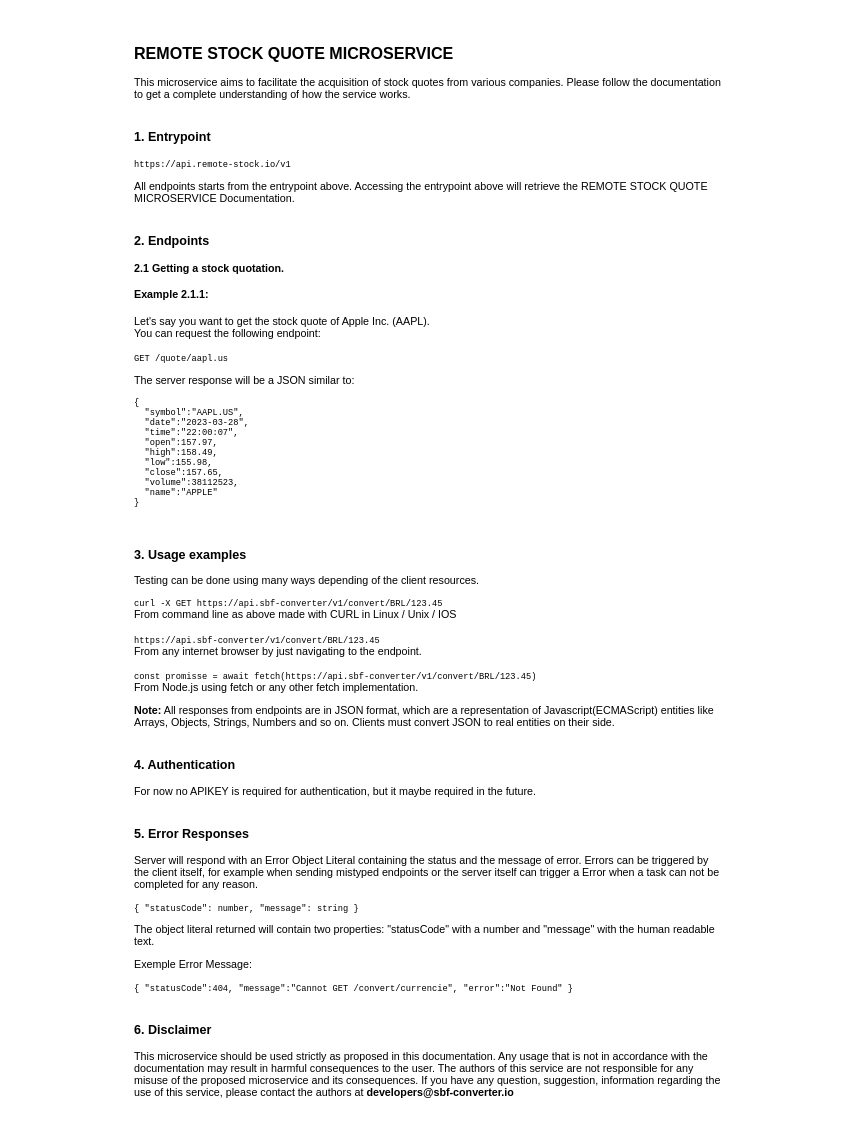
Repository: miguelamello/nest-js
Page: api-service/documentation.html
The author's editor kept a copy of each file at every save. The page is drawn from the files as they stood at one save, then again after a run of saves.
The browser window is 1280 px wide. The pictures show the whole page, at 67% of full size.

Above is the page before, as saved 2023-03-28 18:18:13.

After the next 2 saves:
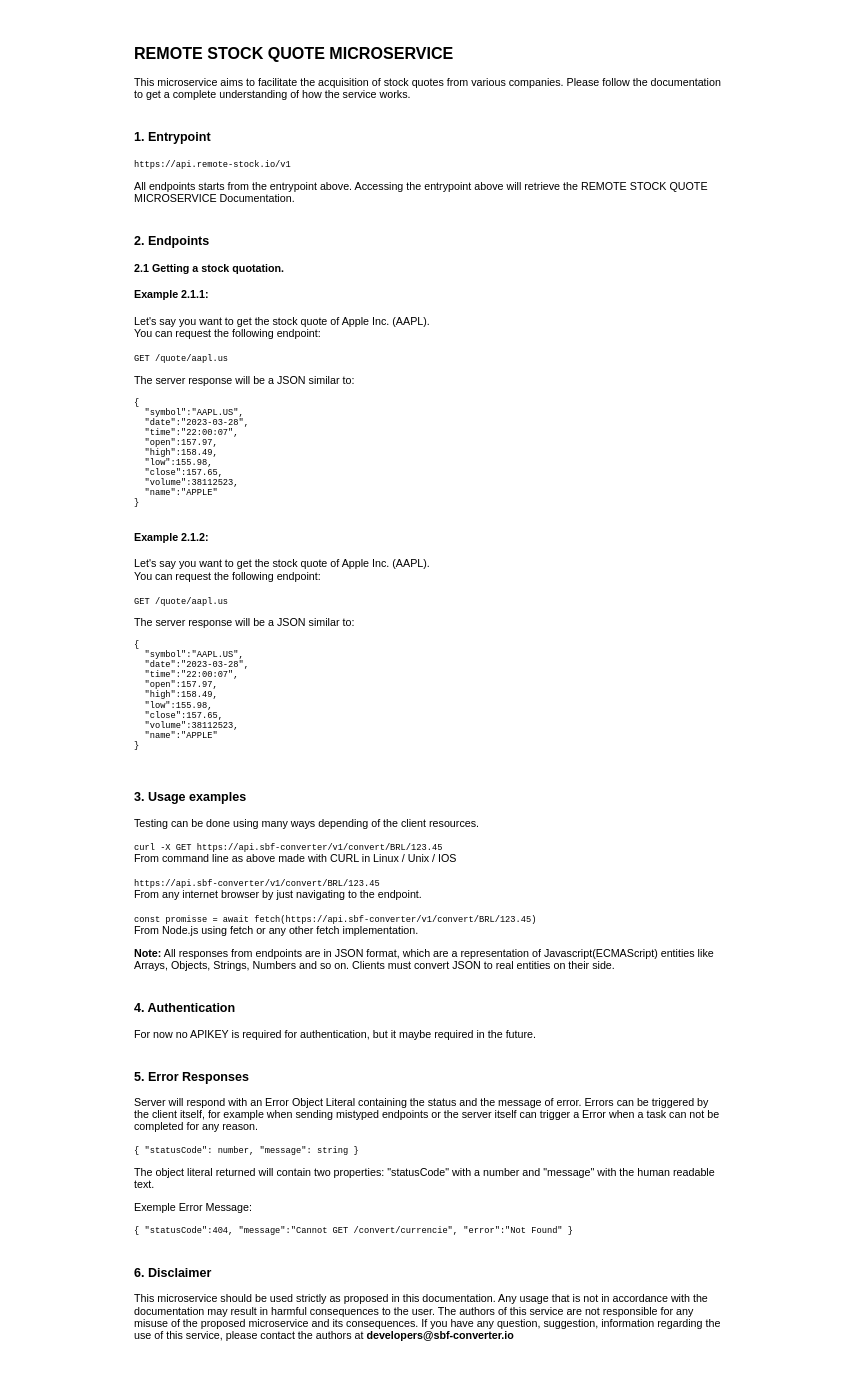
The 2 saves are shown as one change because they came seconds apart.
The last was saved 30 s later.
--- a/api-service/documentation.html
+++ b/api-service/documentation.html
@@ -37,6 +37,28 @@
   <p>
     <p>
       <h4>Example 2.1.1:</h4>
+      <div>Let's say you want to get the stock quote of Apple Inc. (AAPL).</div>
+      <div>You can request the following endpoint:</div><br>
+      <code>GET /quote/aapl.us</code>
+
+      <p>The server response will be a JSON similar to:</p>
+
+      <pre>
+{
+  "symbol":"AAPL.US",
+  "date":"2023-03-28",
+  "time":"22:00:07",
+  "open":157.97,
+  "high":158.49,
+  "low":155.98,
+  "close":157.65,
+  "volume":38112523,
+  "name":"APPLE"
+}
+      </pre>
+    </p>
+    <p>
+      <h4>Example 2.1.2:</h4>
       <div>Let's say you want to get the stock quote of Apple Inc. (AAPL).</div>
       <div>You can request the following endpoint:</div><br>
       <code>GET /quote/aapl.us</code>
